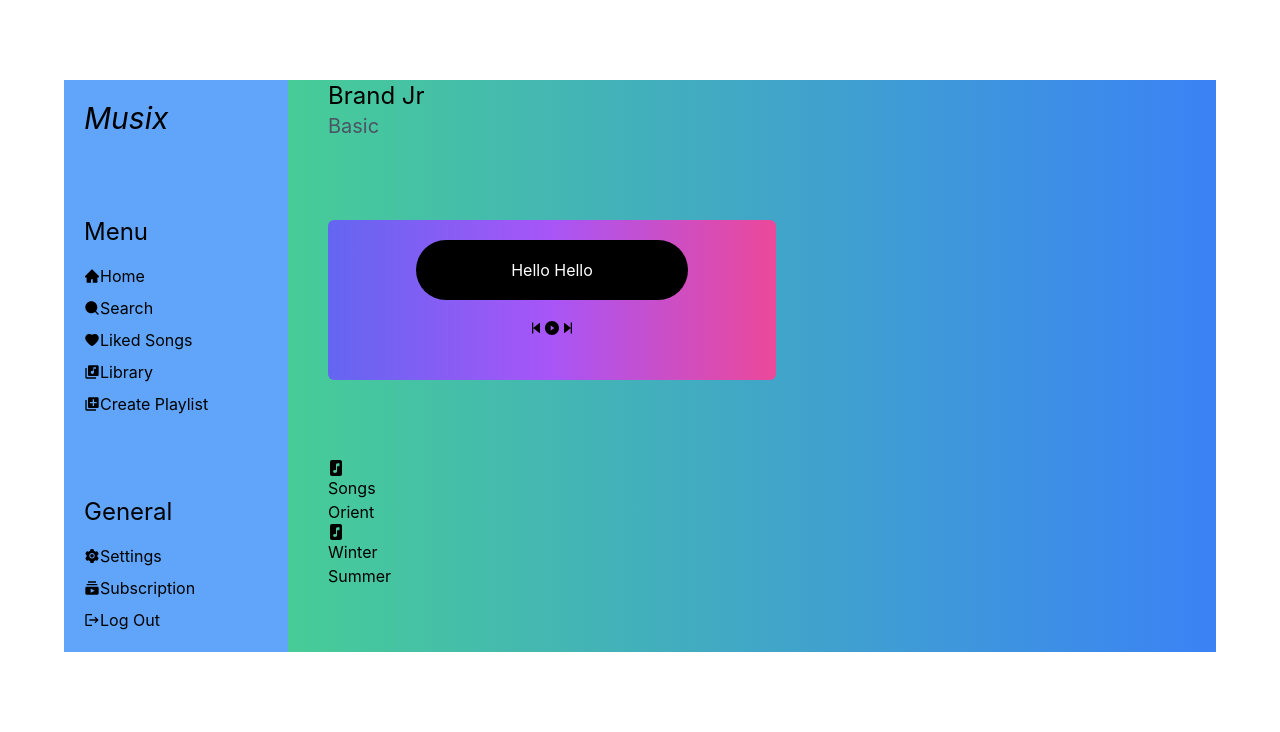
Repository: brandford7/music-player
Page: /
These files come from the project's save history. The page is drawn as it stood at one moment and after a run of saves; the edit follows.
The browser window is 1280 px wide. The pictures show the whole page.
The project was rebuilt for these pictures with package versions that can differ from the ones it lists, and the page was loaded fresh each time. The framework's server and built-in components were replaced by stand-ins that run in the browser. Also part of the build but not shown: next.config.js.

Above is the page before, as saved 2022-11-18 12:52:46.

### pages/index.js
import Head from "next/head";
import Image from "next/image";
import { MusicCard, Sidebar, SongList, UserAvatar } from "../components";

export default function Home() {
  return (
    <div className="flex mx-auto max-w-6xl my-20 space-x-10 bg-gradient-to-r from-green-400 to-blue-500">
      <Head>
        <title>Music Player</title>
        <meta name="description" content="Generated by create next app" />
        <link rel="icon" href="/favicon.ico" />
      </Head>
      <aside>
        <Sidebar />
      </aside>
      <main className="flex flex-col flex-1 space-y-20">
        <UserAvatar name="Brand Jr" subscription="Basic" />
        <MusicCard title="Hello Hello" />
        <SongList />
      </main>
    </div>
  );
}

### styles/globals.css
@tailwind base;
@tailwind components;
@tailwind utilities;



html,
body {
  padding: 0;
  margin: 0;
  font-family: -apple-system, BlinkMacSystemFont, Segoe UI, Roboto, Oxygen,
    Ubuntu, Cantarell, Fira Sans, Droid Sans, Helvetica Neue, sans-serif;
}

a {
  color: inherit;
  text-decoration: none;
}

* {
  box-sizing: border-box;
}

@media (prefers-color-scheme: dark) {
  html {
    color-scheme: dark;
  }
  body {
    color: white;
    background: black;
  }
}

### components/index.js
export { default as Sidebar } from './Sidebar';
export { default as UserAvatar } from './UserAvatar';
export { default as MusicCard } from './MusicCard';
export { default as MusicButton } from './MusicButton';
export { default as SongList } from './SongList';

### components/Sidebar.jsx
import React from "react";
import { AiFillHome, AiFillHeart, AiFillSetting } from "react-icons/ai";
import {
  MdLibraryMusic,
  MdLibraryAdd,
  MdLogout,
  MdSubscriptions,
} from "react-icons/md";
import { RiSearchFill } from "react-icons/ri";

const Sidebar = () => {
  return (
    <div className="flex flex-col space-y-20 bg-blue-400 p-5  w-56">
      <section>
        <h1 className="text-3xl italic">Musix</h1>
      </section>
      <section>
        <h2 className="mb-4 text-2xl">Menu</h2>
        <ul className="space-y-2">
          <li className="flex items-center ">
            <AiFillHome />
            Home
          </li>
          <li className="flex items-center ">
            <RiSearchFill />
            Search
          </li>
          <li className="flex items-center ">
            <AiFillHeart />
            Liked Songs
          </li>
          <li className="flex items-center ">
            <MdLibraryMusic />
            Library
          </li>
          <li className="flex items-center ">
            <MdLibraryAdd />
            Create Playlist
          </li>
        </ul>
      </section>
      <section>
        <h2 className="mb-4 text-2xl">General</h2>
        <ul className="space-y-2">
          <li className="flex items-center ">
            <AiFillSetting />
            Settings
          </li>
          <li className="flex items-center ">
            <MdSubscriptions />
            Subscription
          </li>
          <li className="flex items-center ">
            <MdLogout />
            Log Out
          </li>
        </ul>
      </section>
    </div>
  );
};

export default Sidebar;

### components/UserAvatar.jsx
import React from "react";

const UserAvatar = ({ image, name, subscription }) => {
  return (
    <div className="flex flex-col">
      <img src={image} alt="" />
      <h2 className="text-2xl">{name}</h2>
      <p className="text-gray-600 text-xl"> {subscription}</p>
    </div>
  );
};

export default UserAvatar;

### components/MusicCard.jsx
import React from "react";
import MusicButton from "./MusicButton";
import {
  AiFillPlayCircle,
  AiFillStepBackward,
  AiFillStepForward,
} from "react-icons/ai";

const MusicCard = ({ title }) => {
  return (
    <div className=" flex flex-col items-center space-y-5 p-5 max-w-md rounded-md h-40 w-4/5 bg-gradient-to-r from-indigo-500 via-purple-500 to-pink-500">
      <section className="flex items-center justify-center rounded-full h-2/4 w-2/3 bg-black text-white">
        {title}
      </section>
      <section className="flex items-center justify-center">
        <MusicButton icon={<AiFillStepBackward />} />
        <MusicButton icon={<AiFillPlayCircle />} />
        <MusicButton icon={<AiFillStepForward />} />
      </section>
    </div>
  );
};

export default MusicCard;

### components/MusicButton.jsx
import React from 'react'

const MusicButton = ({icon}) => {
  return (
      <div>{icon}</div>
  )
}

export default MusicButton

### components/SongList.jsx
import React from "react";
import {BsFillFileMusicFill} from "react-icons/bs"

const SongList = () => {
  return (
    <div>
      <h1>
        <BsFillFileMusicFill />
        Songs
      </h1>
      <section>
        <ul className="flex flex-col">
          <li>Orient</li>
          <li>
            <BsFillFileMusicFill />
            Winter
          </li>
          <li>Summer</li>
        </ul>
      </section>
    </div>
  );
};

export default SongList;

Loaded but not shown: pages/_app.js (common file); tailwind.config.js (common file)

After the next 2 saves:
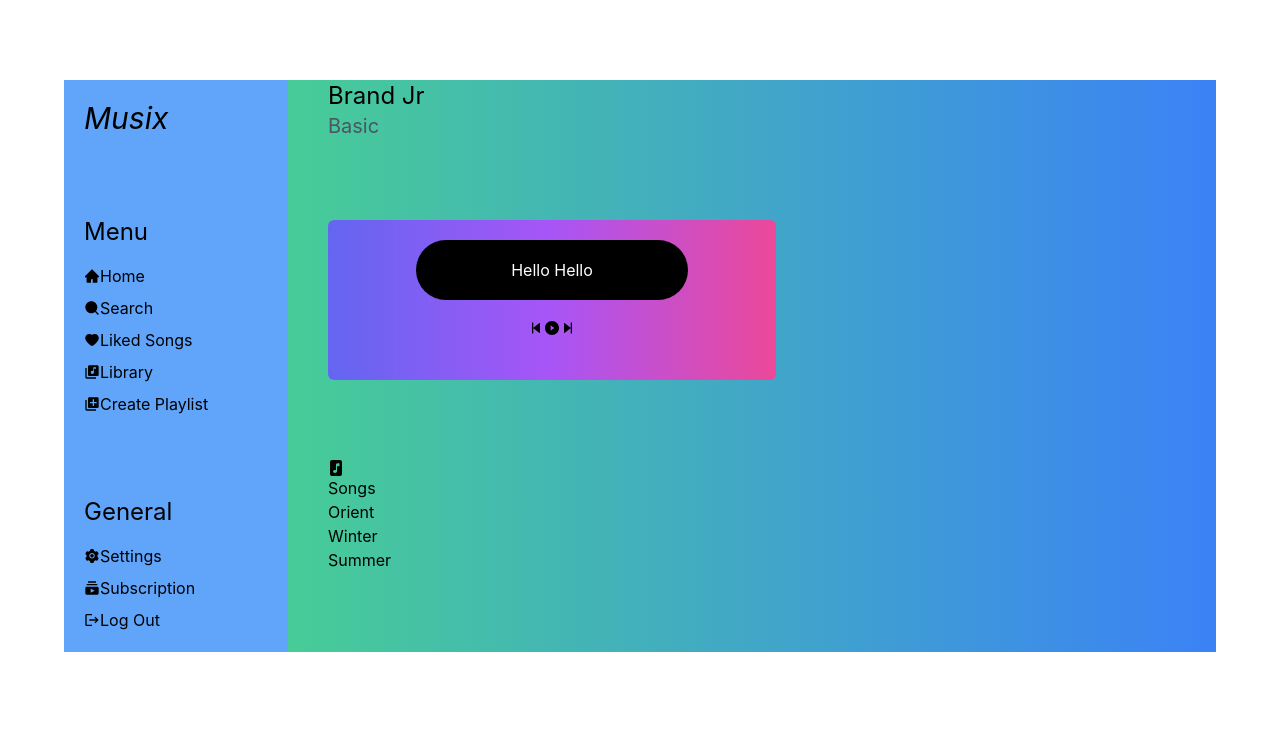
The 2 saves are shown as one change because they came seconds apart.
The last was saved 6 s later.
--- a/components/SongList.jsx
+++ b/components/SongList.jsx
@@ -1,5 +1,5 @@
 import React from "react";
-import {BsFillFileMusicFill} from "react-icons/bs"
+import { BsFillFileMusicFill } from "react-icons/bs";
 
 const SongList = () => {
   return (
@@ -11,10 +11,7 @@ const SongList = () => {
       <section>
         <ul className="flex flex-col">
           <li>Orient</li>
-          <li>
-            <BsFillFileMusicFill />
-            Winter
-          </li>
+          <li>Winter</li>
           <li>Summer</li>
         </ul>
       </section>
